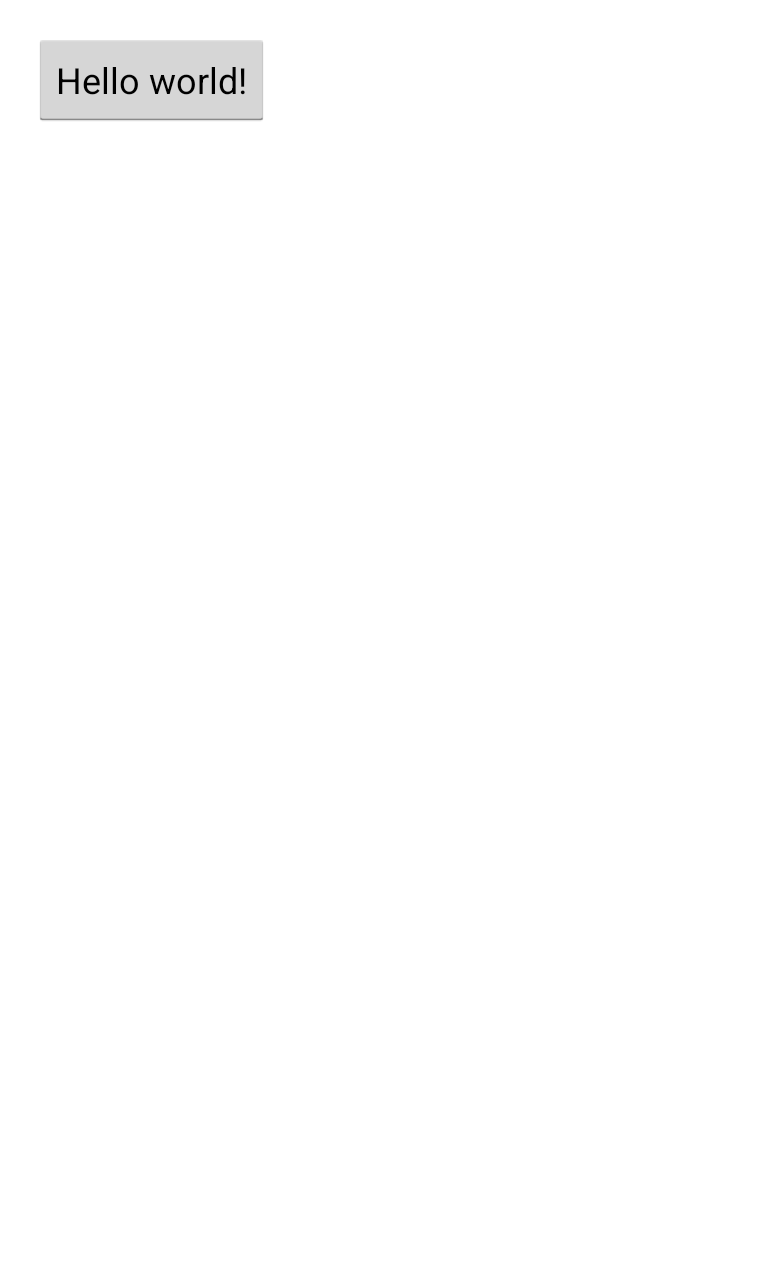
Repository: yuyll/AndroidSpace
Layout: 网页查看器/res/layout/activity_main.xml
The author's editor kept a copy of each file at every save. The layout is drawn from the files as they stood at one save, then again after the next save.
It is drawn on a 768 x 1280 px phone screen (xhdpi) without system bars, with theme AppTheme; the app's code is not run.

Above is the layout before, as saved 2014-01-14 01:28:32.

After the next save:
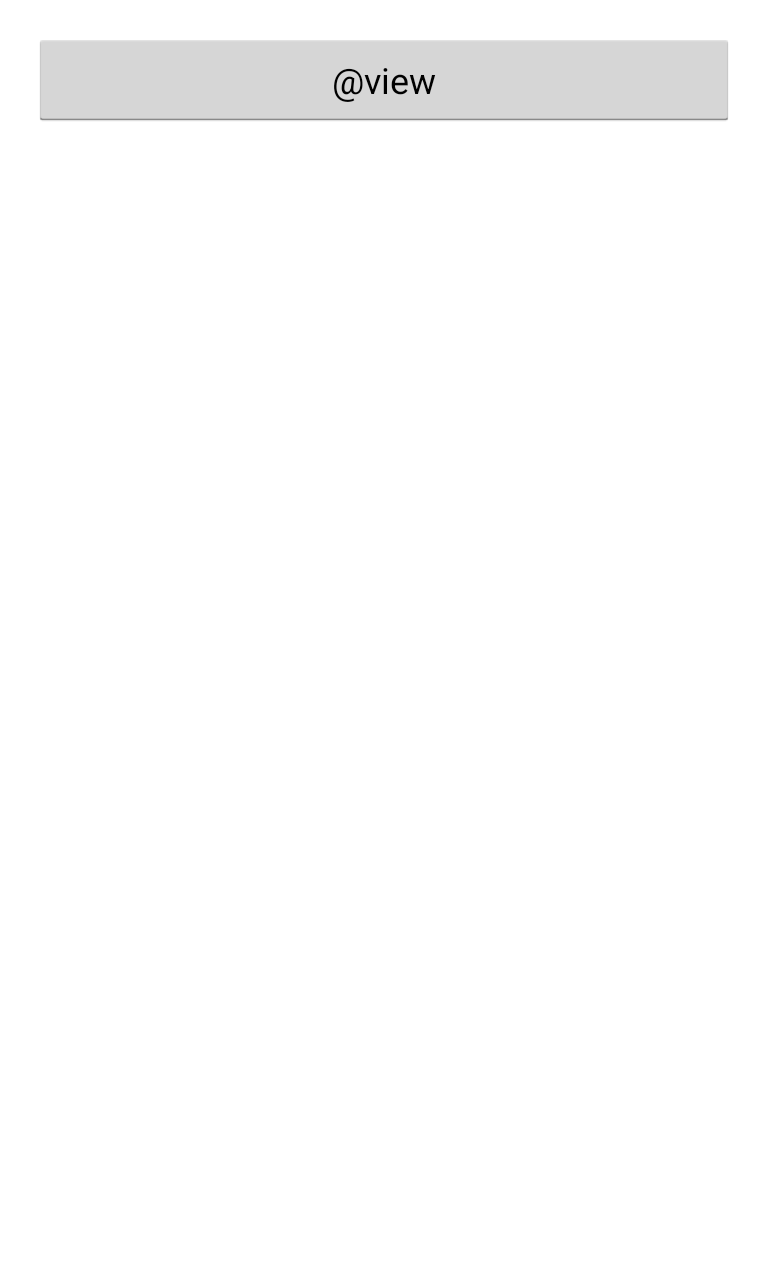
Saved 24 s later.
--- a/网页查看器/res/layout/activity_main.xml
+++ b/网页查看器/res/layout/activity_main.xml
@@ -9,8 +9,8 @@
     tools:context=".MainActivity" >
 
     <Button
-        android:layout_width="wrap_content"
+        android:layout_width="fill_parent"
         android:layout_height="wrap_content"
-        android:text="@string/hello_world" />
+        android:text="@view" />
 
 </LinearLayout>
